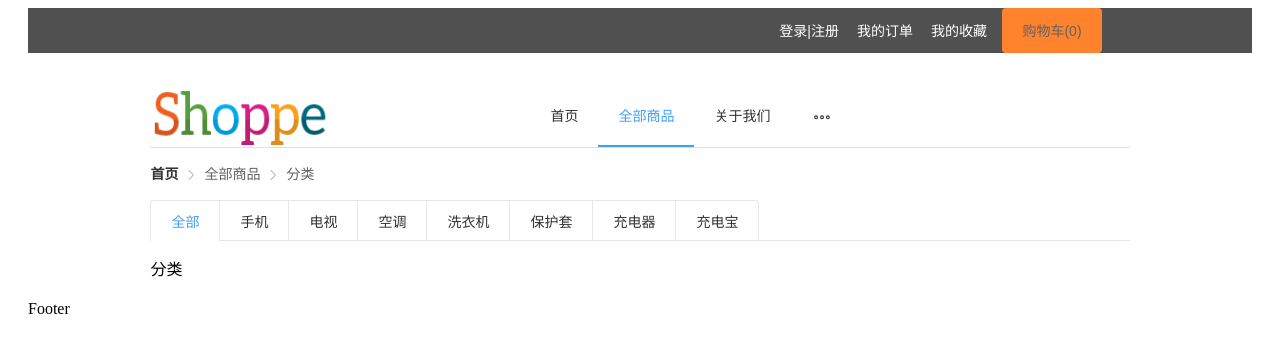
Repository: zhenghaochang/---
Page: /#/allGoods (app in xiaomi/)
An editor plug-in stored every save of this project. The page is shown before and after a run of saves, followed by the edit.
The browser window is 1280 px wide. The pictures show the whole page.
The project was rebuilt for these pictures with package versions that can differ from the ones it lists, and the page was loaded fresh each time. Also part of the build but not shown: xiaomi/vite.config.js.

Above is the page before, as saved 2025-08-01 15:20:29.

### xiaomi/src/main.js
import { createApp } from 'vue';
import ElementPlus from 'element-plus';
import 'element-plus/dist/index.css';
import router from './router/router';
import App from './App.vue';
import * as ElementPlusIconsVue from '@element-plus/icons-vue';
import { createPinia } from 'pinia';
import piniaPluginPersistedstate from 'pinia-plugin-persistedstate'
const app = createApp(App);
const pinia = createPinia();
pinia.use(piniaPluginPersistedstate)
app.use(pinia);
for (const [key, component] of Object.entries(ElementPlusIconsVue)) {
    app.component(key, component);
}
app.use(router);
app.use(ElementPlus);
app.mount('#app');

### xiaomi/src/router/router.js
import {createRouter,createWebHashHistory} from 'vue-router'

let router = createRouter({
    history:createWebHashHistory(),
    routes:[
        {
            path:"/",
            component:()=>import('../components/main.vue'),
            redirect:"/home",
            children:[
                {
                    path:"/home",
                    component:() => import('../view/home.vue')
                },
                {
                    path:"/allGoods",
                    component:() => import('../view/allGoods.vue')
                }
            ]
        }
    ]
})

export default router

### xiaomi/src/App.vue
<script setup>
import Menu from '../src/components/menu.vue'


</script>

<template>
    <div>
        <el-container>
            <el-header class="header"><Menu></Menu></el-header>
            <el-main class="main"><router-view></router-view></el-main>
            <el-footer>Footer</el-footer>
        </el-container>
    </div>
</template>

<style scoped>
.header{
/*     background-color: blue; */
    width:100%
}
/* .main{
    background-color: blue;
    width: 100%;
    display:flex;
    flex-direction: column;
    justify-content: center;
} */
</style>

### xiaomi/src/components/main.vue
<script setup>
import logo from '../assets/img/logo.png'
import { Search } from '@element-plus/icons-vue'
import {useRoute,useRouter} from 'vue-router'

const router = useRouter()
const route = useRoute()

</script>

<template>
    <div class="base_div">
        <!-- 菜单div -->
        <div style="width:80%;margin-bottom:20px">
            <el-menu
                :default-active="route.path"
                class="menu"
                mode="horizontal"
                @select="handleSelect"
                router
            >
                <div>
                    <img style="width:180px;height:60px;margin-right:200px" :src="logo" alt="">
                </div>
                <el-menu-item index="/home">首页</el-menu-item>
                <el-menu-item index="/allGoods">全部商品</el-menu-item>
                <el-menu-item index="/aboutUs">关于我们</el-menu-item>
                <div>
                    <el-input
                        v-model="input3"
                        style="margin-left:200px;width:250px"
                        placeholder="请输入商品名称"
                        class="input-with-select"
                    >
                        <template #append>
                            <el-button :icon="Search" />
                        </template>
                    </el-input>
                </div>
            </el-menu>
        </div>
        <!-- 菜单div END -->
        <!-- 主体div -->
        <div style="width:100%">
            <router-view></router-view>
        </div>
    </div>
</template>

<style scoped>
.base_div{
    width: 100%;
    display:flex;
    flex-direction: column;
    align-items:center;
}
.menu{
    display:flex;
    align-items: center;
}
</style>

### xiaomi/src/view/allGoods.vue
<script setup>
import { ArrowRight } from '@element-plus/icons-vue'
import {ref} from 'vue'


const activeName = ref('0')

</script>

<template>
    <div class="base_div">
        <!-- 面包屑 -->
        <div style="width:80%">
            <el-breadcrumb :separator-icon="ArrowRight">
                <el-breadcrumb-item :to="{ path: '/home' }">首页</el-breadcrumb-item>
                <el-breadcrumb-item>全部商品</el-breadcrumb-item>
                <el-breadcrumb-item>分类</el-breadcrumb-item>
            </el-breadcrumb>
        </div>
        <!-- 面包屑END -->
        <br>
        <!-- 分类标签 -->
        <div style="width:80%;display:flex;">
            <el-tabs
                v-model="activeName"
                type="card"
                style="width:100%;display:flex"
                @tab-click="handleClick"
            >
                <div>分类</div>
                <el-tab-pane label="全部" name="0"></el-tab-pane>
                <el-tab-pane label="手机" name="1"></el-tab-pane>
                <el-tab-pane label="电视" name="2"></el-tab-pane>
                <el-tab-pane label="空调" name="3"></el-tab-pane>
                <el-tab-pane label="洗衣机" name="4"></el-tab-pane>
                <el-tab-pane label="保护套" name="5"></el-tab-pane>
                <el-tab-pane label="充电器" name="6"></el-tab-pane>
                <el-tab-pane label="充电宝" name="7"></el-tab-pane>
            </el-tabs>
        </div>
        <!-- 分类标签END -->
    </div>
</template>

<style scoped>
.base_div{
    width: 100%;
    display: flex;
    justify-content: center;
}
</style>

### xiaomi/src/components/menu.vue
<script setup>
import {ref,reactive} from 'vue'
import request from '../request/index'
import { ElMessage } from 'element-plus'
import {useUserStore} from '../store/index'


const store = useUserStore()


const loginVisible = ref(false)
const registVisible = ref(false)

const loginForm = ref({
    username:'',
    password:''
})

const registForm = ref({
    username:'',
    password:'',
    rePassword:'',
    name:''
})

const user = ref({
    id:0,
    username:'',
    name:'',
    numInCart:0,
    token:''
})

const loginFormRef = ref()
const registFormRef = ref()

const validateUsername = (rule,value,callback)=>{
    if(value.length==0){
      callback(new Error("用户名不能为空"))
    }else{
      callback()
    }
  }

  const validatePassword = (rule,value,callback)=>{
    if(value.length<4){
      callback(new Error("密码小于4位"))
    }else{
      callback()
    }
  }

  const validateRePassword = (rule,value,callback)=>{
    if(value.length<4){
      callback(new Error("密码小于4位"))
    }else{
      if(value != registForm.value.password){
        callback(new Error("密码不一致"))
      }else{
        callback()
      }
    }
  }

  const rules = {
    username:[{required:true,message:'用户名不能为空',validator:validateUsername}],
    password:[{required:true,message:'密码必须大于4位',validator:validatePassword}],
    rePassword:[{required:true,validator:validateRePassword}]
  }


async function login(){
    const valid = await loginFormRef.value.validate
    if(valid){
        let {data} = await request.post("/user/login",loginForm.value)
        if(data.code == 200){
            ElMessage.success('登录成功')
            user.value = data.data
            store.changeInfo(user.value)
            loginVisible.value = false
        }else{
            ElMessage.error(data.msg)
        }
    }
}

async function regist(){
    const valid = await registFormRef.value.validate
    if(valid){
        let {data} = await request.post("/user/regist",registForm.value)
        if(data.code == 200){
            ElMessage.success('注册成功')
            registVisible.value = false
            loginVisible.value = true
        }else{
            ElMessage.error(data.msg)
        }
    }
}

</script>

<template>
    <div class="base_div">
        <el-button color="rgb(80,80,80)" @click="loginVisible = true" v-if="store.id==0" link>登录|注册</el-button>
        <div style="display:flex;align-items:center;margin-right:10px" v-else>
            <el-button color="rgb(80,80,80)" link>欢迎{{store.name}}</el-button>
            <el-button color="rgb(80,80,80)" @click="()=>{store.logout(),ElMessage.success('已退出')}" link>退出登录</el-button>
        </div>
        <el-button color="rgb(80,80,80)" link>我的订单</el-button>
        <el-button color="rgb(80,80,80)" link>我的收藏</el-button>
        <el-button  style="background-color:rgb(255,130, 45);margin-right:150px;width:100px"  link>购物车({{store.numInCart}})</el-button>

        <!-- 登录窗口 -->
        <el-dialog v-model="loginVisible"  title="登录" width="300">
            <el-form :model="loginForm" ref="loginFormRef" :rules="rules">
                <el-form-item label="用户名" prop="username" :label-width="70">
                    <el-input v-model="loginForm.username" autocomplete="off" />
                </el-form-item>
                <el-form-item label="密码" prop="password" :label-width="70">
                    <el-input v-model="loginForm.password" autocomplete="off" type="password" show-password />
                </el-form-item>
            </el-form>
            <template #footer>
                <div style="display:flex;justify-content:space-between;align-items:center">
                    <el-button type="warning" @click="registVisible = true">注册</el-button>
                    <div>
                        <el-button @click="loginVisible = false">取消</el-button>
                        <el-button type="primary" @click="login">
                        登录
                        </el-button>
                    </div>

                </div>
            </template>
        </el-dialog>
        <!-- 登录窗口END -->
        <!-- 注册窗口 -->
        <el-dialog v-model="registVisible"  title="注册" width="350">
            <el-form :model="registForm" ref="registFormRef" :rules="rules">
                <el-form-item label="用户名" prop="username" :label-width="80">
                    <el-input v-model="registForm.username" autocomplete="off" />
                </el-form-item>
                <el-form-item label="密码" prop="password" :label-width="80">
                    <el-input v-model="registForm.password" autocomplete="off" type="password" show-password />
                </el-form-item>
                <el-form-item label="确认密码" prop="rePassword" :label-width="80">
                    <el-input v-model="registForm.rePassword" autocomplete="off" type="password" show-password />
                </el-form-item>
                <el-form-item label="姓名"  :label-width="80">
                    <el-input v-model="registForm.name" autocomplete="off"  />
                </el-form-item>
            </el-form>
            <template #footer>
                <div style="">
                    <div>
                        <el-button @click="registVisible = false">取消</el-button>
                        <el-button type="primary" @click="regist">
                        注册
                        </el-button>
                    </div>

                </div>
            </template>
        </el-dialog>
        <!-- 注册窗口END -->
    </div>
</template>

<style scoped>
.base_div{
    background-color:rgb(80,80,80);
    width:100%;
    height:45px;
    display: flex;
    justify-content:flex-end;
}
</style>

### xiaomi/src/request/index.js
import axios from 'axios'


const request = axios.create({
    baseURL:'http://localhost:8080',
    timeout:10000
})









export default request

### xiaomi/src/store/index.js
import {defineStore} from 'pinia'

const user = {
    id:0,
    username:'',
    name:'',
    numInCart:0,
    token:''
}

export const useUserStore = defineStore('userInfo',{
    state:()=>({
        id:0,
        username:'',
        name:'',
        numInCart:0,
        token:''
    }),
    getters:{},
    actions:{
        changeInfo(user){
            this.id = user.id,
            this.username = user.username,
            this.name = user.name,
            this.numInCart = user.numInCart,
            this.token = user.token
        },
        logout(){
            this.id = 0,
            this.username = '',
            this.name = '',
            this.numInCart = 0,
            this.token = ''
        }
    },
    persist: true
}
)

Loaded but not shown: xiaomi/index.html (common file)

After the next 2 saves:
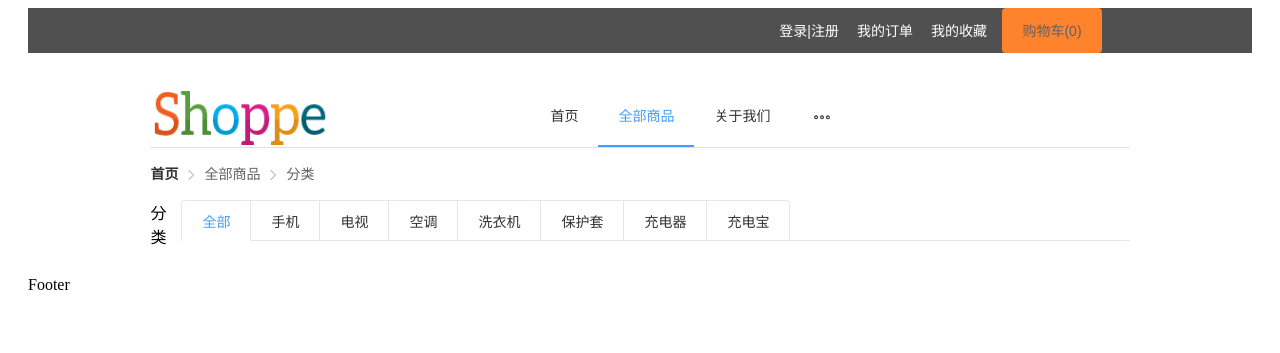
The 2 saves are shown as one change because they came seconds apart.
The last was saved 42 s later.
--- a/xiaomi/src/view/allGoods.vue
+++ b/xiaomi/src/view/allGoods.vue
@@ -21,13 +21,14 @@ const activeName = ref('0')
         <br>
         <!-- 分类标签 -->
         <div style="width:80%;display:flex;">
+            <div>分类</div>
             <el-tabs
                 v-model="activeName"
                 type="card"
                 style="width:100%;display:flex"
                 @tab-click="handleClick"
             >
-                <div>分类</div>
+
                 <el-tab-pane label="全部" name="0"></el-tab-pane>
                 <el-tab-pane label="手机" name="1"></el-tab-pane>
                 <el-tab-pane label="电视" name="2"></el-tab-pane>
